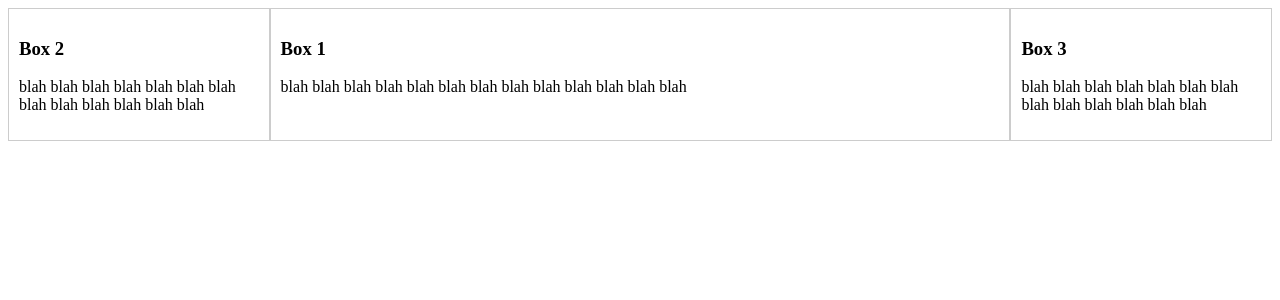
Repository: SHH17HX0r/final-project-10-20
Page: Tom Prigg Dev Portofolio/flex.html
An editor plug-in stored every save of this project. The page is shown before and after the next save, followed by the edit.
The browser window is 1280 px wide. The pictures show the whole page.

Above is the page before, as saved 2020-11-17 01:03:28.

After the next save:
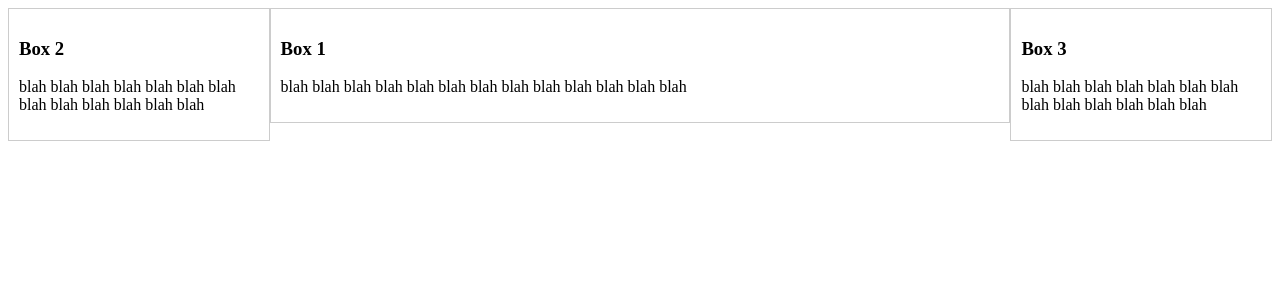
Saved 106 s later.
--- a/Tom Prigg Dev Portofolio/flex.html
+++ b/Tom Prigg Dev Portofolio/flex.html
@@ -9,6 +9,7 @@
     <style>
       .container-1 {
         display: flex;
+        align-items: flex-start;
       }
       .container-1 div {
         border: 1px #ccc solid;
